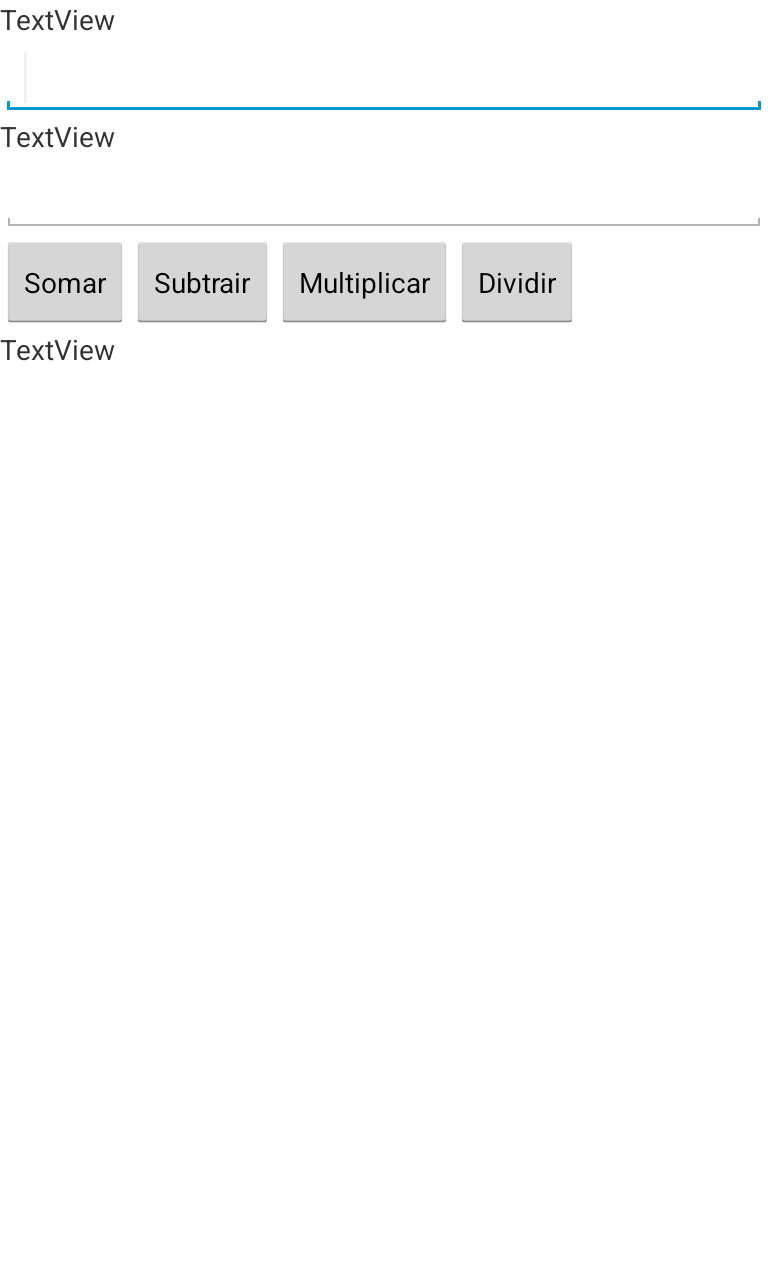
Repository: Rennanxp2/Android_Exercices_done
Layout: Exercícios Android/Ex2/res/layout/activity_calculadora.xml
An editor plug-in stored every save of this project. The layout is shown before and after the next save, followed by the edit.
It is drawn on a 768 x 1280 px phone screen (xhdpi) without system bars, with theme AppTheme; the app's code is not run.

Above is the layout before, as saved 2017-09-09 03:01:07.

### Exercícios Android/Ex2/res/layout/activity_calculadora.xml
<LinearLayout xmlns:android="http://schemas.android.com/apk/res/android"
    xmlns:tools="http://schemas.android.com/tools"
    android:id="@+id/LinearLayout1"
    android:layout_width="match_parent"
    android:layout_height="match_parent"
    android:baselineAligned="_baseline"
    android:orientation="vertical"
    tools:context="${relativePackage}.${activityClass}" >

    <TableLayout
        android:layout_width="match_parent"
        android:layout_height="wrap_content" >

        <TableRow
            android:id="@+id/tableRow1"
            android:layout_width="wrap_content"
            android:layout_height="wrap_content" >

            <TextView
                android:id="@+id/textNumero1"
                android:layout_width="wrap_content"
                android:layout_height="wrap_content"
                android:text="TextView" />

        </TableRow>

        <EditText
            android:id="@+id/editNumero1"
            android:layout_width="wrap_content"
            android:layout_height="wrap_content"
            android:ems="10" >

            <requestFocus />
        </EditText>

        <TableRow
            android:id="@+id/tableRow2"
            android:layout_width="wrap_content"
            android:layout_height="wrap_content" >

            <TextView
                android:id="@+id/textNumero2"
                android:layout_width="wrap_content"
                android:layout_height="wrap_content"
                android:text="TextView" />

        </TableRow>

        <EditText
            android:id="@+id/editNumero2"
            android:layout_width="wrap_content"
            android:layout_height="wrap_content"
            android:ems="10" />

        <TableRow
            android:id="@+id/tableRow3"
            android:layout_width="wrap_content"
            android:layout_height="wrap_content" >

            <Button
                android:id="@+id/btnSoma"
                style="?android:attr/buttonStyleSmall"
                android:layout_width="wrap_content"
                android:layout_height="wrap_content"
                android:text="Somar" />

            <Button
                android:id="@+id/btnSub"
                style="?android:attr/buttonStyleSmall"
                android:layout_width="wrap_content"
                android:layout_height="wrap_content"
                android:text="Subtrair" />

            <Button
                android:id="@+id/btnMult"
                style="?android:attr/buttonStyleSmall"
                android:layout_width="wrap_content"
                android:layout_height="wrap_content"
                android:text="Multiplicar" />

            <Button
                android:id="@+id/btnDiv"
                style="?android:attr/buttonStyleSmall"
                android:layout_width="wrap_content"
                android:layout_height="wrap_content"
                android:text="Dividir" />

        </TableRow>

        <TableRow
            android:id="@+id/tableRow4"
            android:layout_width="wrap_content"
            android:layout_height="wrap_content" >

            <TextView
                android:id="@+id/textResultado"
                android:layout_width="wrap_content"
                android:layout_height="wrap_content"
                android:text="TextView" />

        </TableRow>
    </TableLayout>

</LinearLayout>

Loaded but not shown: Exercícios Android/Ex2/res/values/styles.xml (common file); Exercícios Android/Ex2/res/values-v11/styles.xml (common file); Exercícios Android/Ex2/res/values-v14/styles.xml (common file)

After the next save:
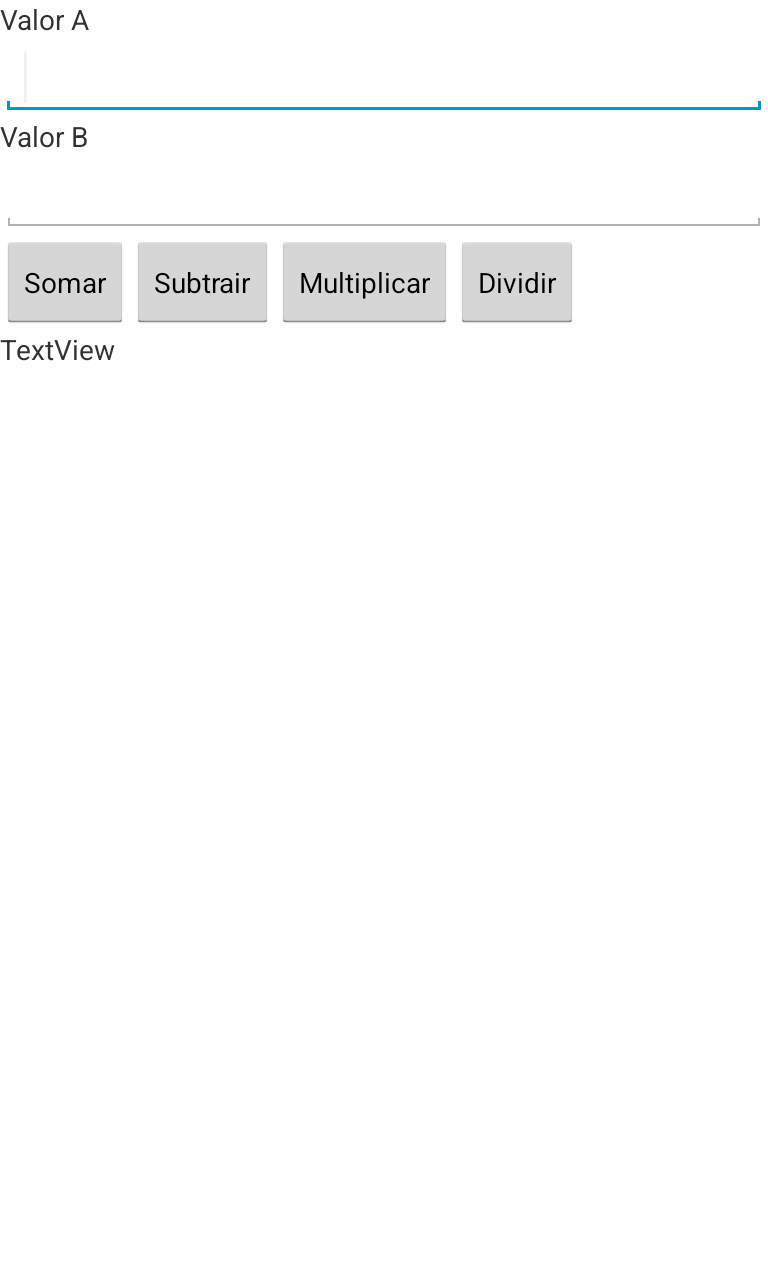
Saved 115 s later.
--- a/Exercícios Android/Ex2/res/layout/activity_calculadora.xml
+++ b/Exercícios Android/Ex2/res/layout/activity_calculadora.xml
@@ -20,7 +20,7 @@
                 android:id="@+id/textNumero1"
                 android:layout_width="wrap_content"
                 android:layout_height="wrap_content"
-                android:text="TextView" />
+                android:text="Valor A" />
 
         </TableRow>
 
@@ -42,7 +42,7 @@
                 android:id="@+id/textNumero2"
                 android:layout_width="wrap_content"
                 android:layout_height="wrap_content"
-                android:text="TextView" />
+                android:text="Valor B" />
 
         </TableRow>
 
